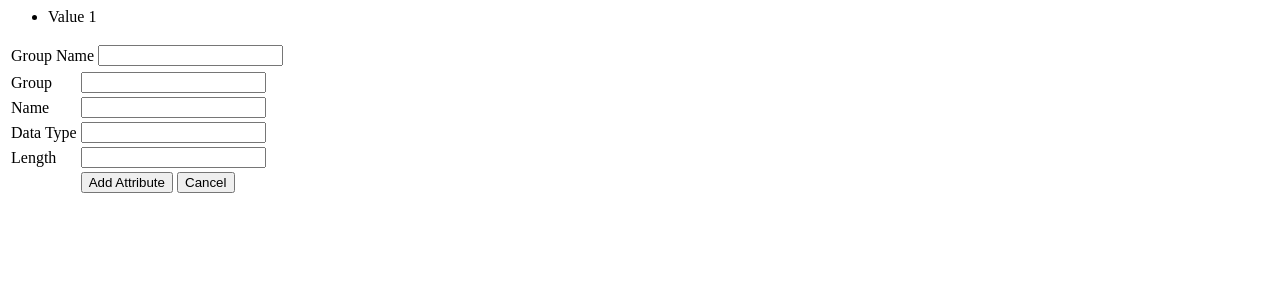
Repository: joliest/MyGits
Page: http://localhost/MiniTracker/Attribute.jsp
These files come from the project's save history. The page is drawn as it stood at one moment and after the next save; the edit follows.
The browser window is 1280 px wide. The pictures show the whole page.
Some web libraries are served in a nearby version. The page is served by Tomcat 9. Other server files are loaded and not shown.

Above is the page before, as saved 2017-10-10 17:13:24.

### Java/Project_JIRA/MiniTracker/WebContent/Attribute.jsp
<%@ page language="java" contentType="text/html; charset=ISO-8859-1"
    pageEncoding="ISO-8859-1"%>
<html>
	<head>
		<title>Attribute Page</title>
		<script src="https://ajax.googleapis.com/ajax/libs/jquery/3.2.1/jquery.min.js"></script>
		<script src="js/Attribute.js"></script>
	</head>
	<body>
		<div id="AttributeListBox">
			<ul id="RoleList">
				<li>Value 1</li>
			</ul>

		</div>

		<div id="AttributeGroupTextFieldBox">
			<table>
				<tr>
					<td>Group Name</td>
					<td><input type="text" id="attribGroupName"></td>
				</tr>
			</table>
		</div>

		<div id="AttributeTextFieldBox">
			<table>
				<tr>
					<td>Group</td>
					<td><input type="text" id="attribGroup"></td>
				</tr>
				<tr>
					<td>Name</td>
					<td><input type="text" id="attribName"></td>
				</tr>
				<tr>
					<td>Data Type</td>
					<td><input type="text" id="attribDataType"></td>
				</tr>
				<tr>
					<td>Length</td>
					<td><input type="text" id="attribLength"></td>
				</tr>
				<tr>
					<td></td>
					<td><button type="button" id="addAttribute">Add Attribute</button>
						<input type="button" value="Cancel">
					</td>
				</tr>
			</table>
		</div>
	</body>
</html>

### Java/Project_JIRA/MiniTracker/WebContent/js/Attribute.js

$(document).ready(function(){
	$("#addAttribute").click(function(){
		$.post("/MiniTracker/Attribute.do",
				{
					category : "add",
					groupName : $("#attribGroup").val(),
					name : $("#attribName").val(),
					dataType : $("#attribDataType").val(),
					length : $("#attribLength").val()
				},
				function(data, status) {
					alert(data);
				})
	})
})


/*
function addAttribute(value) {
	var buttonType = value;

	var xhttp = new XMLHttpRequest();

	xhttp.onreadystatechange = function() {
		if(this.readyState == 4 && this.status == 200) {
			alert("Ok");
		}
	};

	xhttp.open("POST", "MiniTracker/");
	xhttp.send();
}

*/

After the next save:
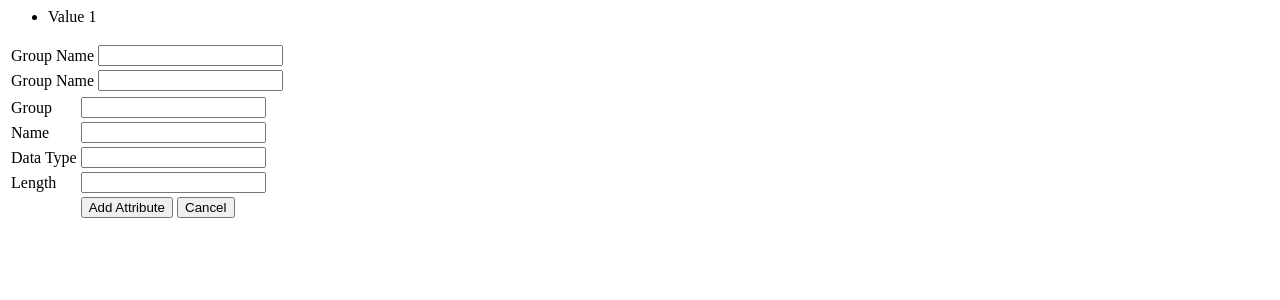
Saved 15 s later.
--- a/Java/Project_JIRA/MiniTracker/WebContent/Attribute.jsp
+++ b/Java/Project_JIRA/MiniTracker/WebContent/Attribute.jsp
@@ -16,6 +16,10 @@
 
 		<div id="AttributeGroupTextFieldBox">
 			<table>
+				<tr>
+					<td>Group Name</td>
+					<td><input type="text" id="attribGroupName"></td>
+				</tr>
 				<tr>
 					<td>Group Name</td>
 					<td><input type="text" id="attribGroupName"></td>
